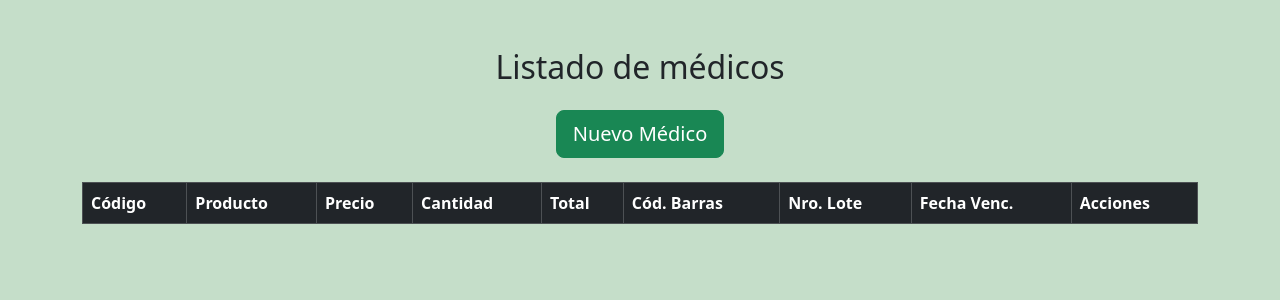
Repository: FernandoSanzPacheco/LPII_T3_SANZPACHECOFERNANDO
Page: http://localhost/Vistas/ListadoMedicos
An editor plug-in stored every save of this project. The page is shown before and after the next save, followed by the edit.
The browser window is 1280 px wide. The pictures show the whole page.
The page is this project's Thymeleaf template; nobody is signed in. The template is opened directly, without the code that normally fills it, so the values that code supplies are empty.

Above is the page before, as saved 2025-02-20 02:54:50.

### LPII_T3_SANZPACHECOFERNANDO/src/main/resources/templates/Vistas/ListadoMedicos.html
<!DOCTYPE html>
<html xmlns:th="http://www.thymeleaf.org">

<head>
    <meta charset="UTF-8">
    <meta name="viewport" content="width=device-width, initial-scale=1.0">
    <title>Listado de médicos</title>

    <!-- Bootstrap 5.3.3 CSS -->
    <link rel="stylesheet" href="https://cdn.jsdelivr.net/npm/bootstrap@5.3.3/dist/css/bootstrap.min.css">

    <style>
        body {
            background-color: #c5dec9;
        }
    </style>
</head>

<body>

    <div class="container mt-5">
        <h2 class="text-center mb-4">Listado de médicos</h2>

        <div class="text-center mb-4">
            <a th:href="@{/Vistas/RegistrarProducto}" class="btn btn-success btn-lg">
                Nuevo Médico
            </a>
        </div>

        <div class="table-responsive">
            <table class="table table-bordered table-hover table-striped">
                <thead class="table-dark">
                    <tr>
                        <th>Código</th>
                        <th>Producto</th>
                        <th>Precio</th>
                        <th>Cantidad</th>
                        <th>Total</th>
                        <th>Cód. Barras</th>
                        <th>Nro. Lote</th>
                        <th>Fecha Venc.</th>
                        <th>Acciones</th>
                    </tr>
                </thead>
                <tbody>
                    <th:block th:each="p : ${listado}">
                        <tr>
                            <td th:text="${p.idproducto}"></td>
                            <td th:text="${p.nomprod}"></td>
                            <td th:text="${p.precio}"></td>
                            <td th:text="${p.cantidad}"></td>
                            <td th:text="${p.total}"></td>
                            <td th:text="${p.codbarras}"></td>
                            <td th:text="${p.nrolote}"></td>
                            <td th:text="${#dates.format(p.fechaven, 'dd/MM/yyyy')}"></td>
                            <td>
                                <a th:href="@{/Vistas/Editarproducto/}+${p.idproducto}" class="btn btn-warning btn-sm">
                                    Editar
                                </a>
                                <a th:href="@{/Vistas/Eliminarproducto/}+${p.idproducto}"
                                   class="btn btn-danger btn-sm"
                                   onclick="return confirm('¿Estás seguro de eliminar este producto?');">
                                    Eliminar
                                </a>
                            </td>
                        </tr>
                    </th:block>
                </tbody>
            </table>
        </div>
    </div>

    <!-- Bootstrap 5.3.3 JS -->
    <script src="https://cdn.jsdelivr.net/npm/bootstrap@5.3.3/dist/js/bootstrap.bundle.min.js"></script>

</body>
</html>

After the next save:
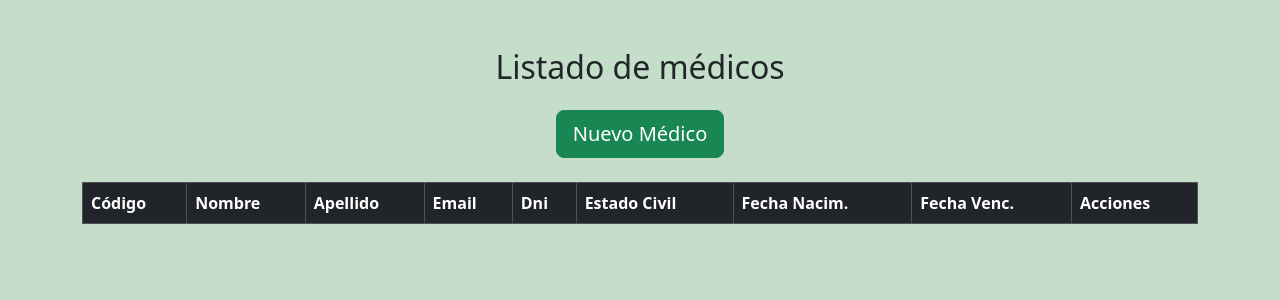
Saved 104 s later.
--- a/LPII_T3_SANZPACHECOFERNANDO/src/main/resources/templates/Vistas/ListadoMedicos.html
+++ b/LPII_T3_SANZPACHECOFERNANDO/src/main/resources/templates/Vistas/ListadoMedicos.html
@@ -22,7 +22,7 @@
         <h2 class="text-center mb-4">Listado de médicos</h2>
 
         <div class="text-center mb-4">
-            <a th:href="@{/Vistas/RegistrarProducto}" class="btn btn-success btn-lg">
+            <a th:href="@{/Vistas/RegistrarMedico}" class="btn btn-success btn-lg">
                 Nuevo Médico
             </a>
         </div>
@@ -32,12 +32,12 @@
                 <thead class="table-dark">
                     <tr>
                         <th>Código</th>
-                        <th>Producto</th>
-                        <th>Precio</th>
-                        <th>Cantidad</th>
-                        <th>Total</th>
-                        <th>Cód. Barras</th>
-                        <th>Nro. Lote</th>
+                        <th>Nombre</th>
+                        <th>Apellido</th>
+                        <th>Email</th>
+                        <th>Dni</th>
+                        <th>Estado Civil</th>
+                        <th>Fecha Nacim.</th>
                         <th>Fecha Venc.</th>
                         <th>Acciones</th>
                     </tr>
